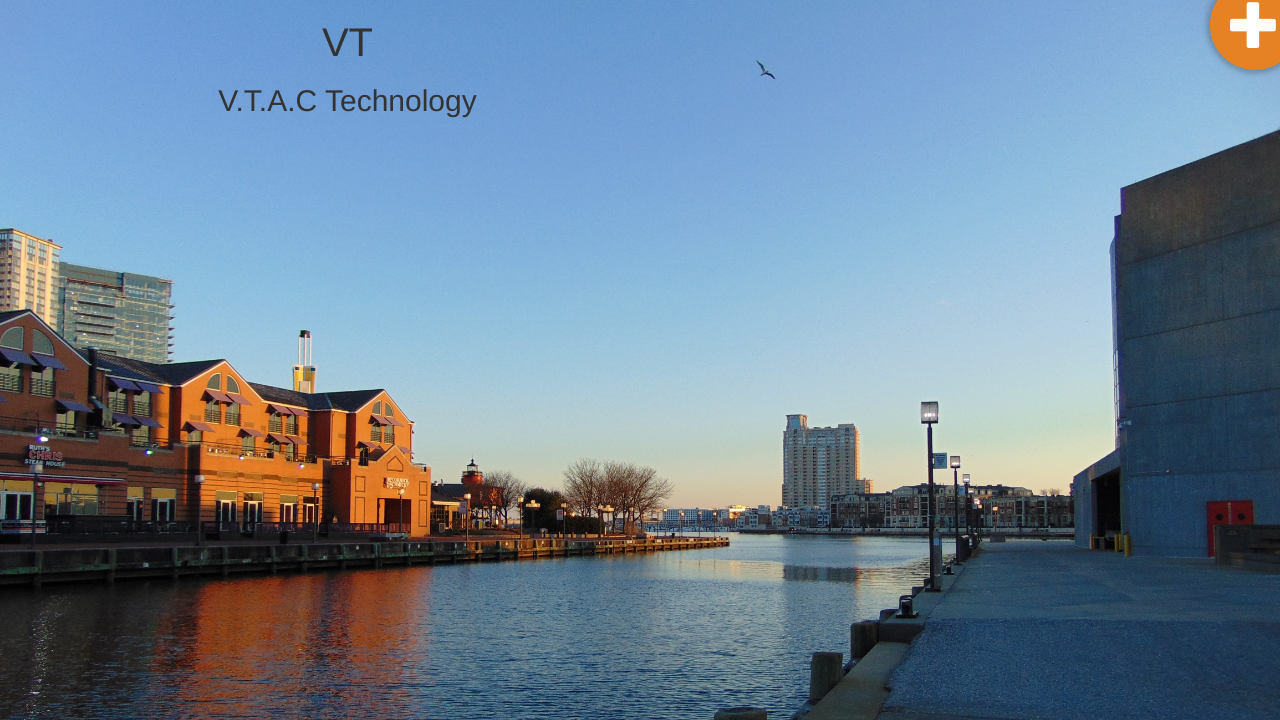
Repository: danidark9312/vtac
Page: http://localhost/vtacTechnology/
The author's editor kept a copy of each file at every save. The page is drawn from the files as they stood at one save, then again after the next save.
The browser window is 1280 px wide. The pictures show the whole page.
The page is served by Tomcat 9.

Above is the page before, as saved 2017-01-30 17:20:28.
Console error (its wording comes from the project's code and is left out).

After the next save:
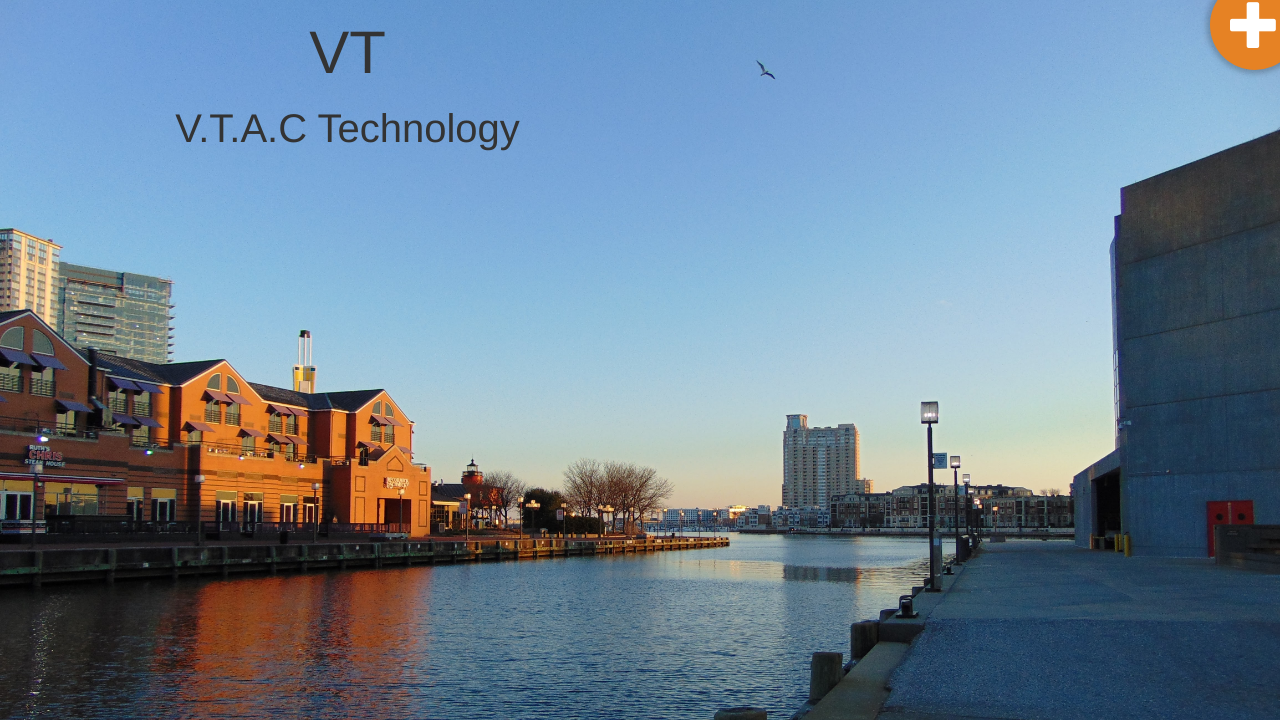
Saved 28 s later.
--- a/vtacTechnology/WebContent/css/common.css
+++ b/vtacTechnology/WebContent/css/common.css
@@ -86,6 +86,6 @@ body {
 	font-size: 60px
 }
 
-.mainLogo h1{
+.mainLogo h2{
 	font-size: 40px
 }
